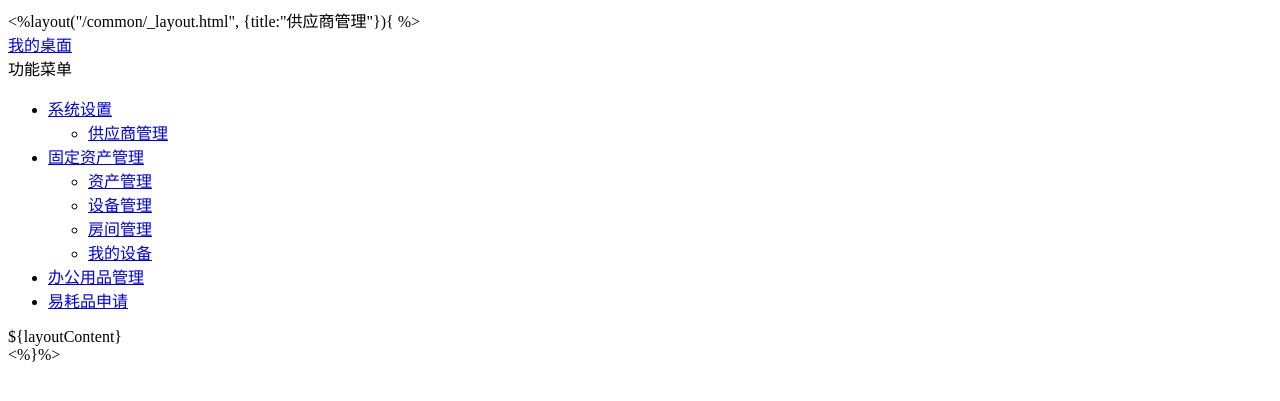
Repository: GaoChengliang/summerTask
Page: Campus_gcl/WebRoot/asset_management/asset.html
An editor plug-in stored every save of this project. The page is shown before and after the next save, followed by the edit.
The browser window is 1280 px wide. The pictures show the whole page.

Above is the page before, as saved 2015-09-08 00:59:25.
Console error: ReferenceError: jQuery is not defined

After the next save:
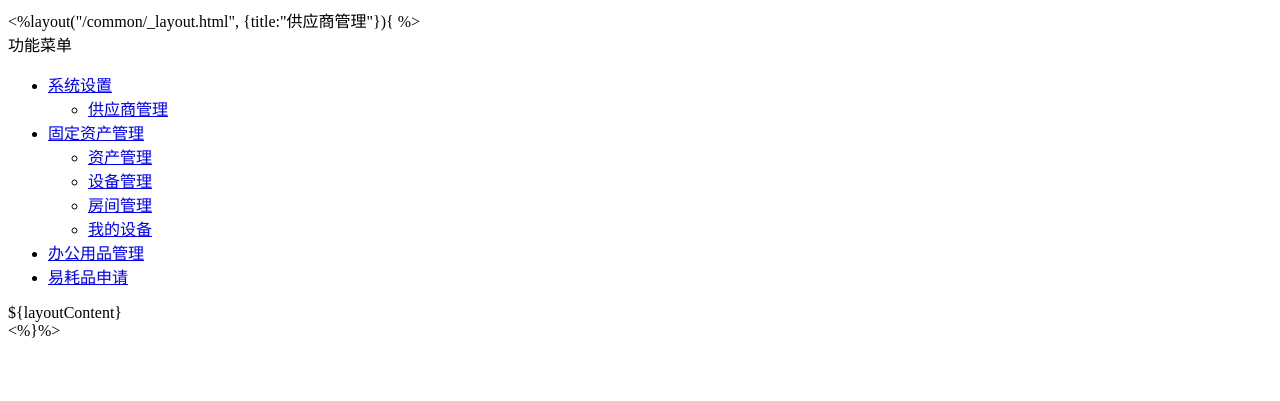
Saved 3 min 44 s later.
--- a/Campus_gcl/WebRoot/asset_management/asset.html
+++ b/Campus_gcl/WebRoot/asset_management/asset.html
@@ -2,7 +2,6 @@
 <div class="container-fluid">
 	<div class="row">
         <div class="col-md-2 sidebar-2">
-        	  <a class="btn btn-default" href="/index">我的桌面</a>
       	  <div class="sub-header">
       	  	<div class="nav nac-sidebar font-style-background-blue">
       	  	 	 功能菜单
